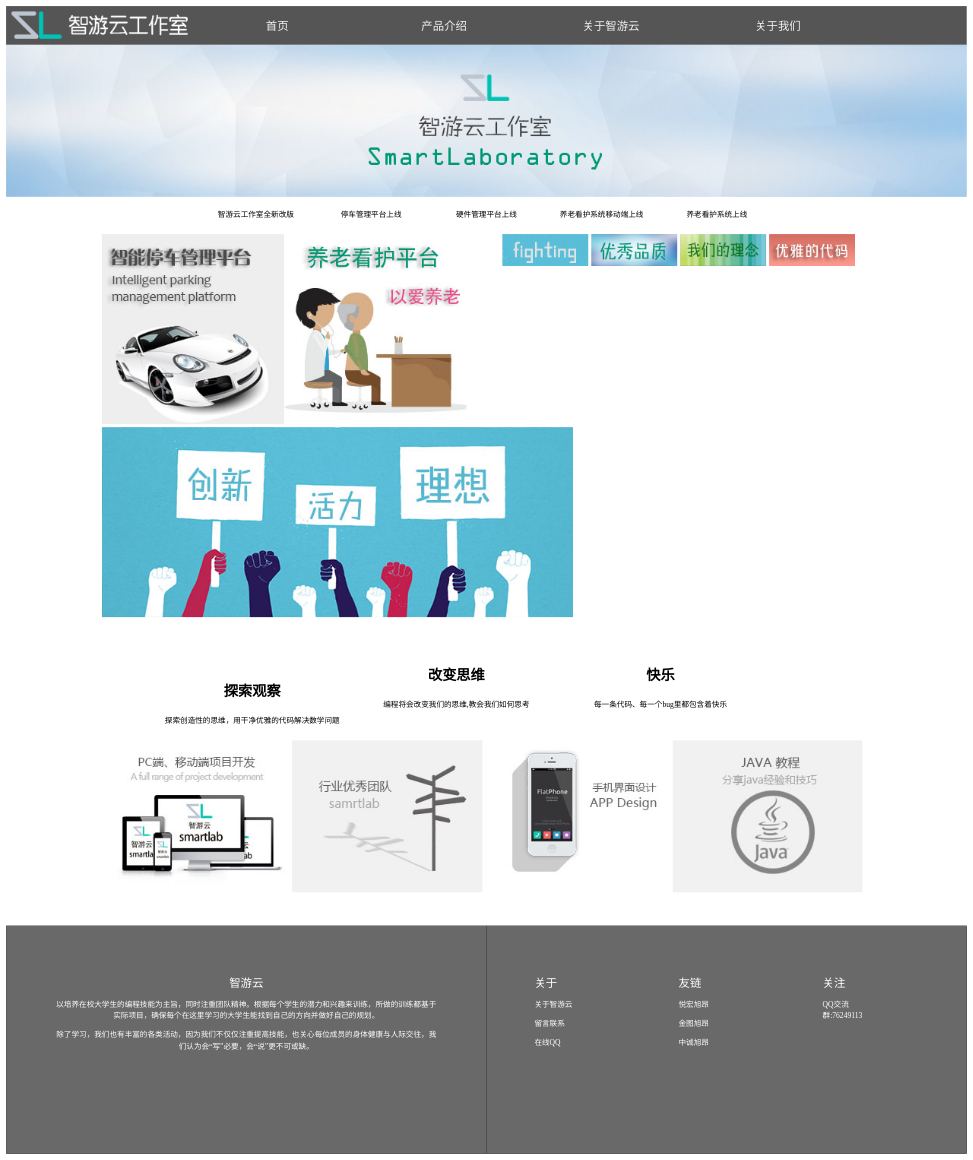
Repository: dakai1234/webTest
Page: 智游云1/index/index.html
These files come from the project's save history. The page is drawn as it stood at one moment and after the next save; the edit follows.
The browser window is 1280 px wide. The pictures show the whole page, at 76% of full size.

Above is the page before, as saved 2021-04-10 06:52:38.

After the next save:
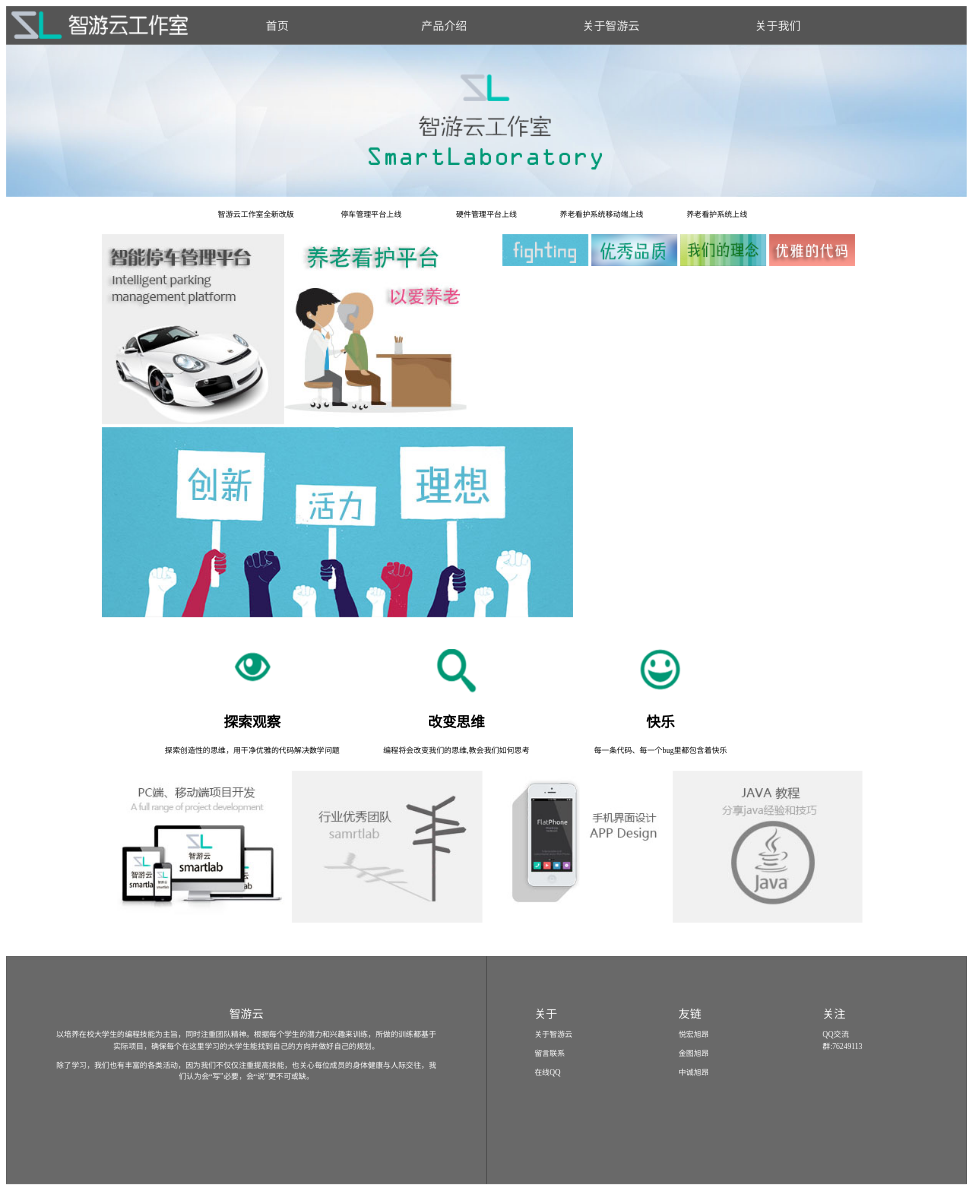
Saved 11 min 52 s later.
--- a/智游云1/index/index.html
+++ b/智游云1/index/index.html
@@ -47,16 +47,17 @@
 
     <div class="title">
         <div class="title_content">
-            <p><i class="fa fa-user">&#xe9ce</i></p>
+            <img src="images/photo1.png" />
             <h3>探索观察</h3>
             <p>探索创造性的思维，用干净优雅的代码解决数学问题</p>
         </div>
         <div class="title_content">
-
+            <img src="images/photo2.png" />
             <h3>改变思维</h3>
             <p>编程将会改变我们的思维,教会我们如何思考</p>
         </div>
         <div class="title_content">
+            <img src="images/photo3.png" />
             <h3>快乐</h3>
             <p>每一条代码、每一个bug里都包含着快乐</p>
         </div>
